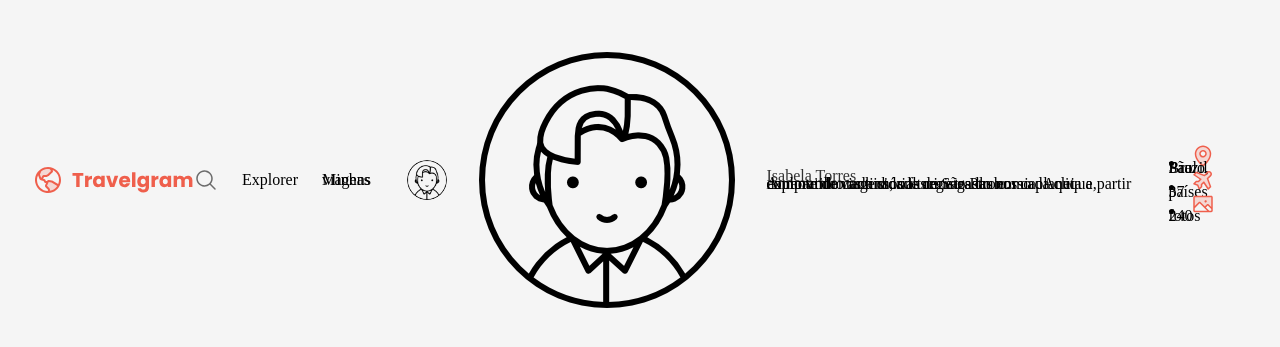
Repository: JeffRodFer/projeto-Travelgran-Rockeseat
Page: index.html
The author's editor kept a copy of each file at every save. The page is drawn from the files as they stood at one save, then again after a run of saves.
The browser window is 1280 px wide. The pictures show the whole page.

Above is the page before, as saved 2025-03-22 15:36:35.

After the next 2 saves:
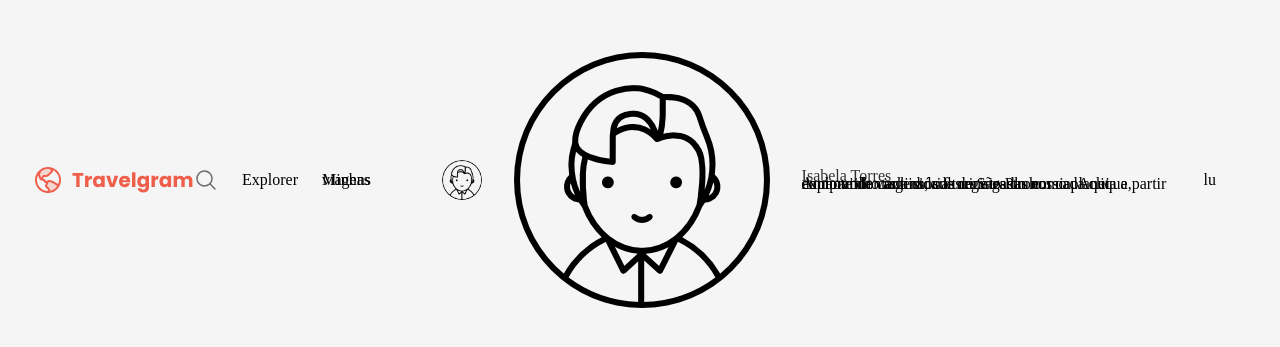
The 2 saves are shown as one change because they came seconds apart.
The last was saved 25 s later.
--- a/index.html
+++ b/index.html
@@ -44,18 +44,8 @@
                                     </p>
                                 </div>
                             <div id="info">
-                                <li>
-                                    <img src="assets/icons/MapPin.svg" alt="ícone de mapa">
-                                    <span>São Paulo, Brazil</span>
-                                </li>
-                                <li>
-                                    <img src="assets/icons/AirplaneTilt.svg" alt="ícone de avião">
-                                    <span>37 países</span>
-                                </li>
-                                <li>
-                                    <img src="assets/icons/Image.svg" alt="ícone de fotos">
-                                    <span>240 fotos</span>
-                                </li>
+                               lu
+
                             </div>
                     </div>
                 </header>
